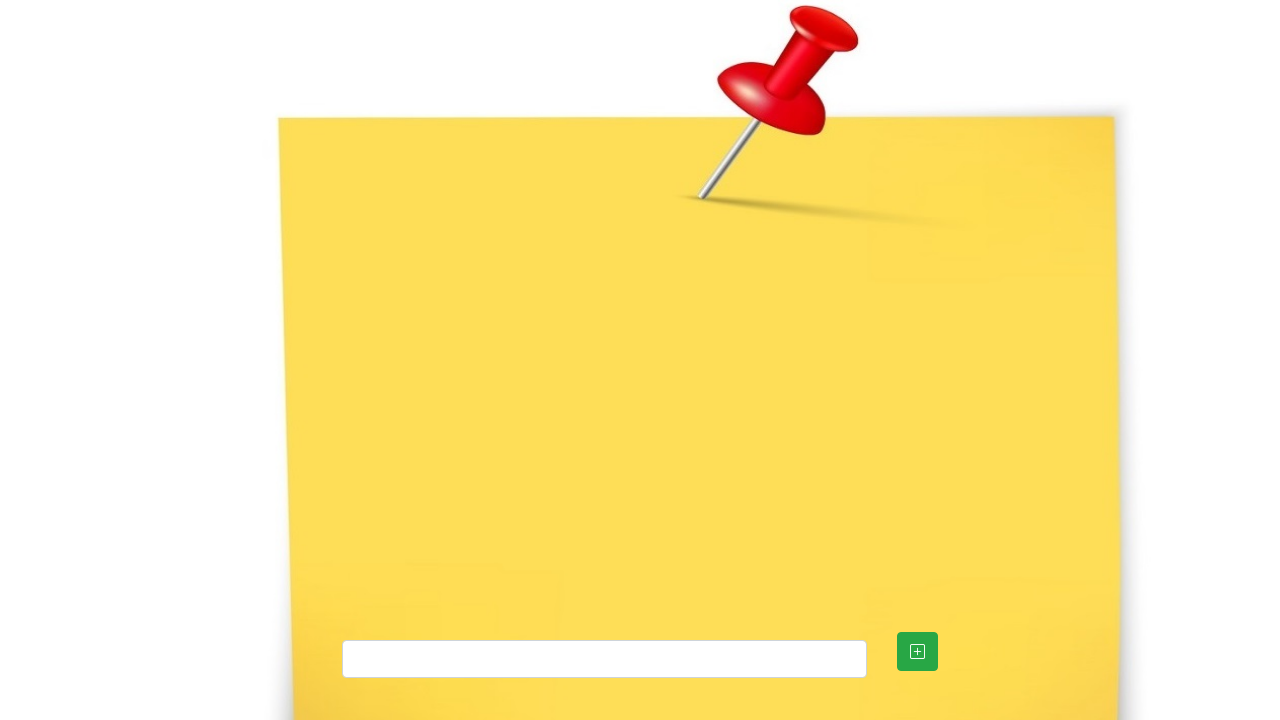
Repository: walaaElbasha/Todo-list-laravel
Page: http://localhost/tasks
The author's editor kept a copy of each file at every save. The page is drawn from the files as they stood at one save, then again after the next save.
The browser window is 1280 px wide. The pictures show the whole page.
The page is served by the project's Laravel application, run on PHP 8.4 with Laravel 8. Other server files are loaded and not shown. Style sheets and scripts are compiled from the project's sources, by tool versions that may differ from the author's. Queries for data that is not in the repository find no rows.

Above is the page before, as saved 2021-07-01 14:56:55.

### routes/web.php
<?php

use Illuminate\Support\Facades\Route;
use App\Http\Controllers\TaskController;
/*
|--------------------------------------------------------------------------
| Web Routes
|--------------------------------------------------------------------------
|
| Here is where you can register web routes for your application. These
| routes are loaded by the RouteServiceProvider within a group which
| contains the "web" middleware group. Now create something great!
|
*/

Route::get('/', function () {
    return view('welcome');
});

Route::get('/tasks', [TaskController::class, 'index'])->name('tasks.index');
Route::post('/tasks', [TaskController::class, 'store'])->name('tasks.store');
Route::get('/tasks/{task}/edit', [TaskController::class, 'edit'])->name('tasks.edit');
Route::put('/tasks/{task}', [TaskController::class, 'update'])->name('tasks.update');
Route::delete('/tasks/{task}', [TaskController::class, 'destroy'])->name('tasks.destroy');

### app/Http/Controllers/TaskController.php
<?php

namespace App\Http\Controllers;
use Illuminate\Http\Request;
use App\Http\Requests\TaskRequest;
use App\Models\Task;


class TaskController extends Controller

{

    public function index()
    {
        $allTasks = Task::paginate(4);

        return view('tasks.index', [
            'allTasks' => $allTasks
        ]);
    }

    public function edit($taskId)
    {
        $task = Task::find($taskId);
        return view('tasks.edit', [
            'task' => $task,
        ]);
    }
    public function update($taskId, TaskRequest $request)
    {


        // $requestData = $request->all();

        // $task = Task::find($taskId);
        // $task->update($requestData);
        // $task->save();

        $requestData = $request->all();
        $task = Task::find($taskId);
        $task->update($requestData);
        $task->save();
        return redirect()->route('tasks.index')->with('success', "TODO updated successfully!");
    }

    public function destroy($taskId)
    {

        $task = Task::findorfail($taskId);

        $task->delete();
        return redirect()->route('tasks.index');
    }



    public function store(TaskRequest $request)
    {

        // $requestData = $request->all();
        // Task::create($requestData);

        $task = new Task;
        $task->name = $request->name;
        $task->save();
        return redirect()->route('tasks.index');
    }

}

### resources/views/tasks/index.blade.php
@extends('layouts.app')

@section('content')

<!-- Bootstrap Boilerplate... -->
<div>

    <div class="container">

        <!-- Display Validation Errors -->
        <table>
            <ul style="padding-top:600px">
                @foreach($allTasks as $task)


                <tr>
                    <td style="width:600px">
                        <div style="display:flex">
                            <!-- <div style="justify-content:flex-start"> -->
                            <li>
                                {{ $task->name}}

                            </li>
                    </td>
                    <td>
                        <!-- </div> -->
                        <div style="justify-content:flex-end">

                            <a href="{{ route('tasks.edit',['task' => $task['id']]) }}" class="btn btn-secondary" style="margin-bottom: 20px;"><i class="bi bi-pencil-square"></i>


                            </a>

                            <form style="display:inline" method="POST" action="{{route('tasks.destroy',['task' => $task['id']])}}">
                                @csrf
                                @method('DELETE')
                                <button onclick="return confirm('Are you sure?')" class="btn btn-danger" type="submit" style="margin-bottom: 20px;"><i class="bi bi-trash-fill"></i></button>
                            </form>
                        </div>
    </div>
    <br>
    </td>

    </tr>


    @endforeach
    </ul>
    </table>
    <!-- New Task Form -->
    <form action="{{ route('tasks.store') }}" method="POST" class="form-horizontal">
        @csrf

        <!-- Task Name -->
        <div class="form-group">
            <div class="text-center" style="display:flex; justify-content:center; align-items:center">
                {{$allTasks->links("pagination::bootstrap-4")}}

            </div>

            @if($errors->any())
            <div class="alert alert-danger">
                <ul>
                    @foreach ($errors->all() as $error)
                    <li>{{ $error }}</li>
                    @endforeach
                </ul>
            </div>
            @endif
            <div style="display:flex; justify-content:center; align-items:center">
                <div class="col-sm-6">
                    <input type="text" name="name" id="name" class="form-control">
                </div>

                <div class="form-group">
                    <div class="col-sm-offset-3 col-sm-6">
                        <button type="submit" class="btn btn-success">
                            <span style="font-size:15px"><i class="bi bi-plus-square"></i> </span>
                        </button>
                    </div>
                </div>
            </div>
        </div>
    </form>
</div>
</div>



<!-- TODO: Current Tasks -->
@endsection

### resources/views/layouts/app.blade.php
<!DOCTYPE html>
<html lang="en">

<head>
    <meta charset="utf-8">
    <meta name="viewport" content="width=device-width, initial-scale=1">

    <!-- CSRF Token -->
    <meta name="csrf-token" content="{{ csrf_token() }}">

    <title>{{ config('app.name', 'All Tasks') }}</title>

    <!-- Scripts -->
    <script src="{{ asset('js/app.js') }}" defer></script>

    <!-- Fonts -->
    <link rel="dns-prefetch" href="//fonts.gstatic.com">
    <link href="https://fonts.googleapis.com/css?family=Nunito" rel="stylesheet">

    <!-- Styles -->
    <link href="{{ asset('css/app.css') }}" rel="stylesheet">
    <link rel="stylesheet" href="https://cdn.jsdelivr.net/npm/bootstrap@4.6.0/dist/css/bootstrap.min.css" integrity="sha384-B0vP5xmATw1+K9KRQjQERJvTumQW0nPEzvF6L/Z6nronJ3oUOFUFpCjEUQouq2+l" crossorigin="anonymous">
    <link rel="stylesheet" href="path/to/font-awesome/css/font-awesome.min.css">
    <link rel="stylesheet" href="https://cdn.jsdelivr.net/npm/bootstrap-icons@1.5.0/font/bootstrap-icons.css">
</head>


<body style="background-image: url('sticky.jpg')  ; background-repeat: no-repeat;
  background-size: 1400px 950px;">
    <div class="container">
        <nav class="navbar navbar-default">
            <!-- Navbar Contents -->
        </nav>
    </div>

    @yield('content')

</body>

</html>

Loaded but not shown: app/Http/Controllers/Controller.php (common file); app/Models/Task.php (common file); resources/sass/app.scss (common file); resources/sass/_variables.scss (common file)

After the next save:
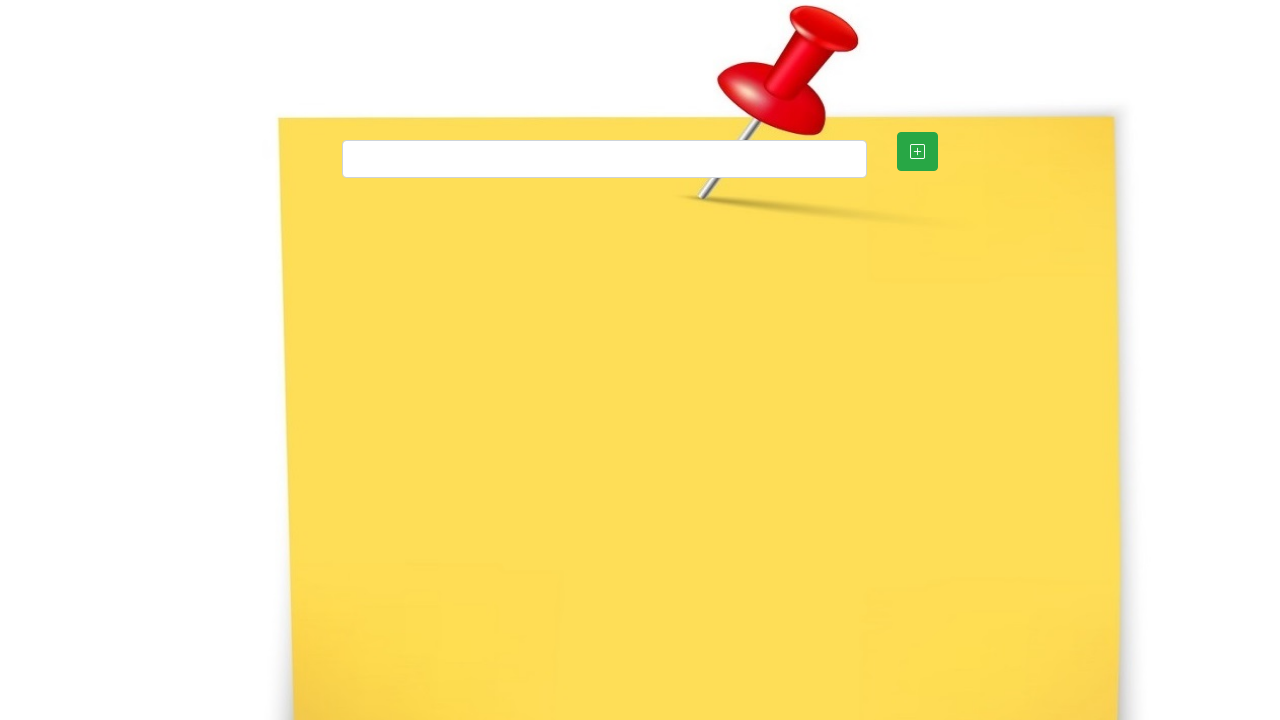
Saved 11 s later.
--- a/resources/views/tasks/index.blade.php
+++ b/resources/views/tasks/index.blade.php
@@ -9,7 +9,7 @@
 
         <!-- Display Validation Errors -->
         <table>
-            <ul style="padding-top:600px">
+            <ul style="padding-top:100px">
                 @foreach($allTasks as $task)
 
 
